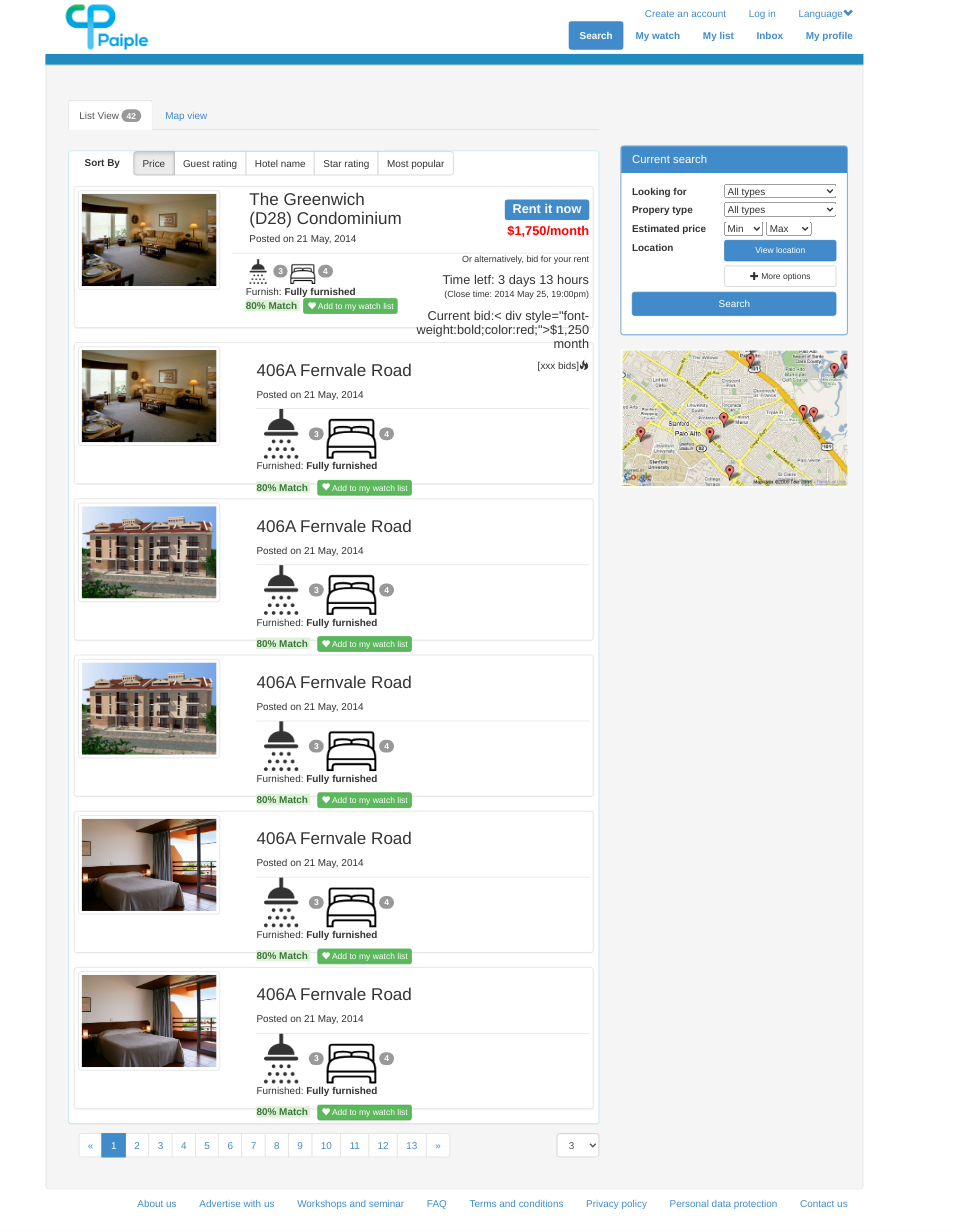
Repository: thytran142/Intern
Page: Internship/ListingPage.html
These files come from the project's save history. The page is drawn as it stood at one moment and after the next save; the edit follows.
The browser window is 1280 px wide. The page is 1348 px wide, so the pictures cover 1348 px, including what lies to the right of the window. The pictures show the whole page, at 71% of full size.
Some web libraries are served in a nearby version.

Above is the page before, as saved 2014-05-23 05:39:26.

After the next save:
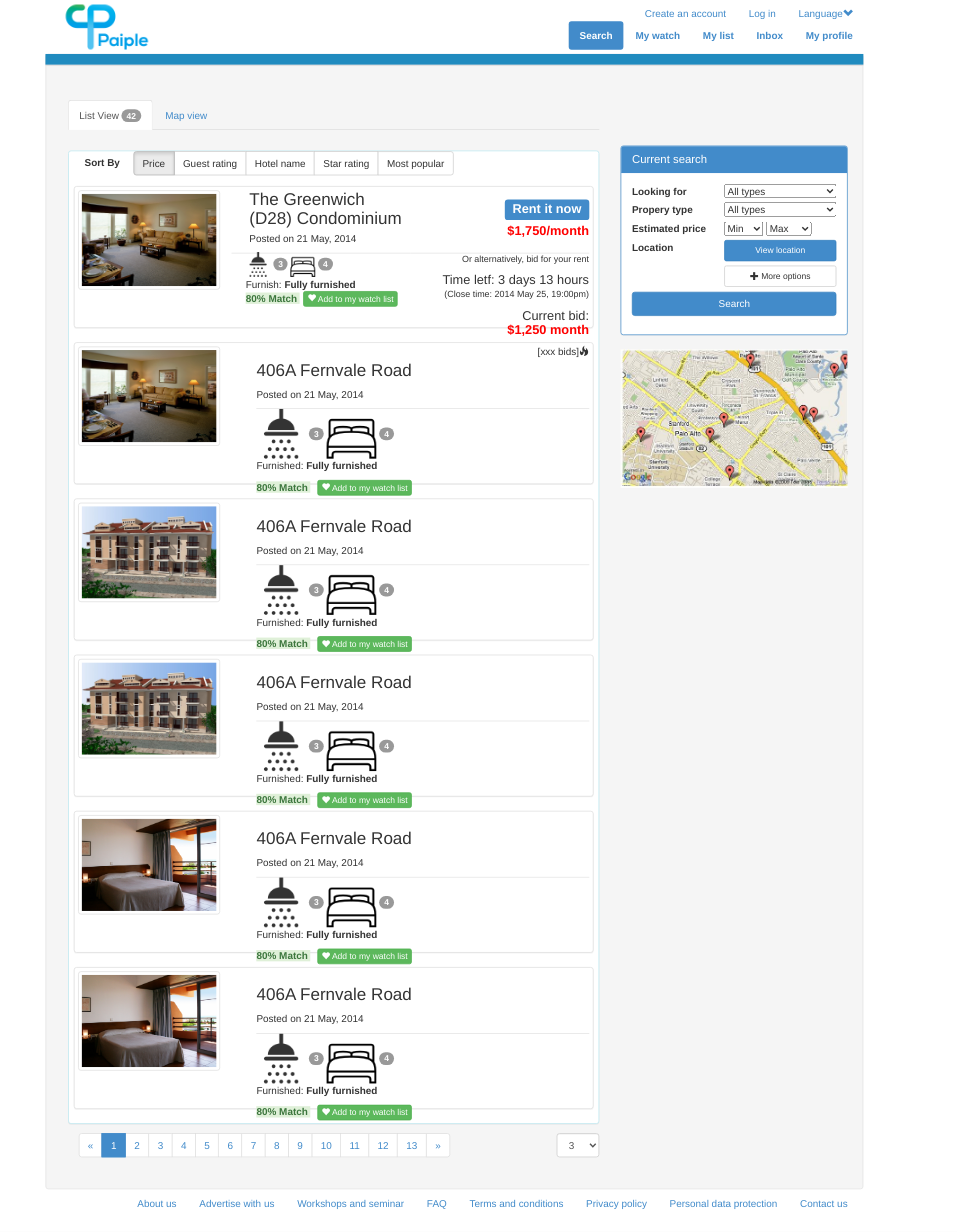
Saved 11 s later.
--- a/Internship/ListingPage.html
+++ b/Internship/ListingPage.html
@@ -182,7 +182,7 @@
 								<td style="text-align:right;"><div style="font-size:90%;">Or alternatively, bid for your rent</div>
 									<h4>Time letf: 3 days 13 hours</h4>
 									<div style="font-size:90%;margin-top:-3%;">(Close time: 2014 May 25, 19:00pm)</div>
-									<h4>Current bid:< div style="font-weight:bold;color:red;">$1,250 month</div></h4>
+									<h4>Current bid:<div style="font-weight:bold;color:red;">$1,250 month</div></h4>
 									<p>[xxx bids]<span class="glyphicon glyphicon-fire"></span></p>
 							</td>
 							</tr>
